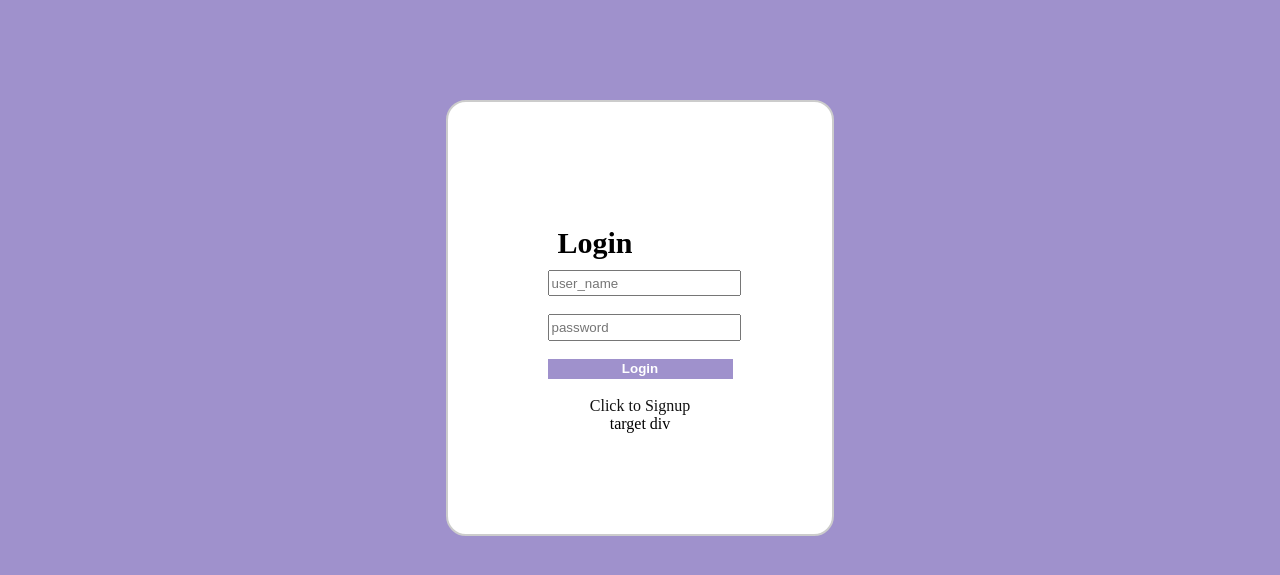
Repository: prathyushaa5/artgallery
Page: http://localhost/index/login.php
These files come from the project's save history. The page is drawn as it stood at one moment and after the next save; the edit follows.
The browser window is 1280 px wide. The pictures show the whole page.
The page is run by PHP 8.4 with error messages shown; the project is at /var/www/html/.

Above is the page before, as saved 2023-11-16 14:35:28.

### index/login.php
<?php
session_start();
include("connection.php");
include("functions.php");


if($_SERVER['REQUEST_METHOD']== "POST"){
 //something was posted

$user_name= $_POST['user_name'];
$password= $_POST['password'];
if(!empty($user_name)&& !empty($password)){
  //read from database;
  $user_id=random_num(10);
  $query="select * from users where user_name='$user_name' limit 1";
  $result=mysqli_query($con,$query);
  if($result){
    if($result && mysqli_num_rows($result)>0)
{
    $user_data=mysqli_fetch_assoc($result);
     if($user_data['password']==$password){
        $_SESSION['user_id']=$user_data['user_id'];
        header("Location: art.php");
        die;
     }
}
 }
 $message="Please enter valid username or password!";
 echo "<script>document.getElementByID('targetDiv').innerHTML = '$message';</script>";

}else{
 echo "Please enter valid username or password!";
}
}
?>

<!DOCTYPE html>
<html lang="en">
<head>
    <meta charset="UTF-8">
    <meta name="viewport" content="width=device-width, initial-scale=1.0">
    <title>Login</title>
    <link rel="stylesheet" href="../index/style.css">
</head>
<body>
    <div class="box">
    <form method="post">
        <div class="login">Login</div>
    <input type="text" name="user_name" id="user_name" placeholder="user_name"><br><br>
    <input type="password" name="password" id="password" placeholder="password"><br><br>
    <input type="submit" value="Login" id="button"><br><br>
    <div><a href="signup.php"> Click to Signup</a></div>
    <div id='targetDiv'>target div</div>
    </form>
    </div>
</body>
</html>

### index/connection.php
<?php

$dbhost="localhost";
$dbuser="root";
$dbpass="";
$dbname="artgallery";

if(!$con=mysqli_connect($dbhost,$dbuser,$dbpass,$dbname)){
  die("failed connection");
}

### index/functions.php
<?php


function check_login($con){

  if(isset($_SESSION['user_id'])){

    $id=$_SESSION['user_id'];
    $query="select * from users where user_id='$id' limit 1";
    $result=mysqli_query($con,$query);
    if($result&&mysqli_num_rows($result)>0){
       $user_data=mysqli_fetch_assoc($result);
       return $user_data;
    }
  }
  //redirect to login
  header("Location :login.php");
  die;
}

function random_num($length){
    $text="";
    if($length<5){
        $length=5;
    }
    $len=rand(4,$length);
    for($i=0;$i<$len;$i++){
        $text .=rand(0,9);

    }
    return $text;
}

### index/style.css
body{
    padding:0px;
    margin:0px;
    display:flex;
    justify-content:center;
    align-items:center;
    background-color:#9F91CC;
}
.login,.signup{
    margin:10px;
    font-size:30px;
    font-weight:bolder;
    text-align:left;


}
.box{
    width:30%;
    height:60vh;
    border:2px solid #ccc;
    margin:100px;
    display:flex;
    flex-direction:column;
    justify-content:center;
    align-items:center;
    border-radius:20px;
    background-color:#ffffff;
    text-align:center;
}
input{
  height:10%;
  width:100%;
}
a{
    text-decoration:none;
    color:#111111;
}
#button{
    color:#ffffff;
    background-color:#9F91CC;
    border:none;
    font-weight:bolder;
    width:100%;

}
#button:hover{
    opacity:0.5;
}
a:hover{
    color:green;
}

After the next save:
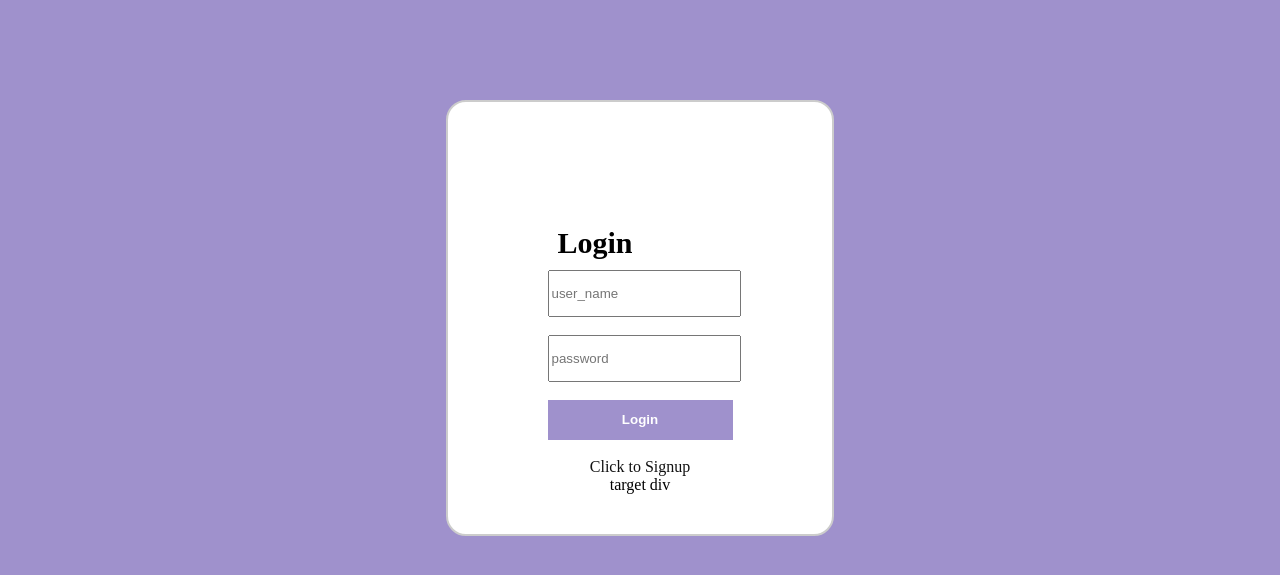
Saved 21 s later.
--- a/index/style.css
+++ b/index/style.css
@@ -28,7 +28,7 @@ body{
     text-align:center;
 }
 input{
-  height:10%;
+  height:20%;
   width:100%;
 }
 a{
